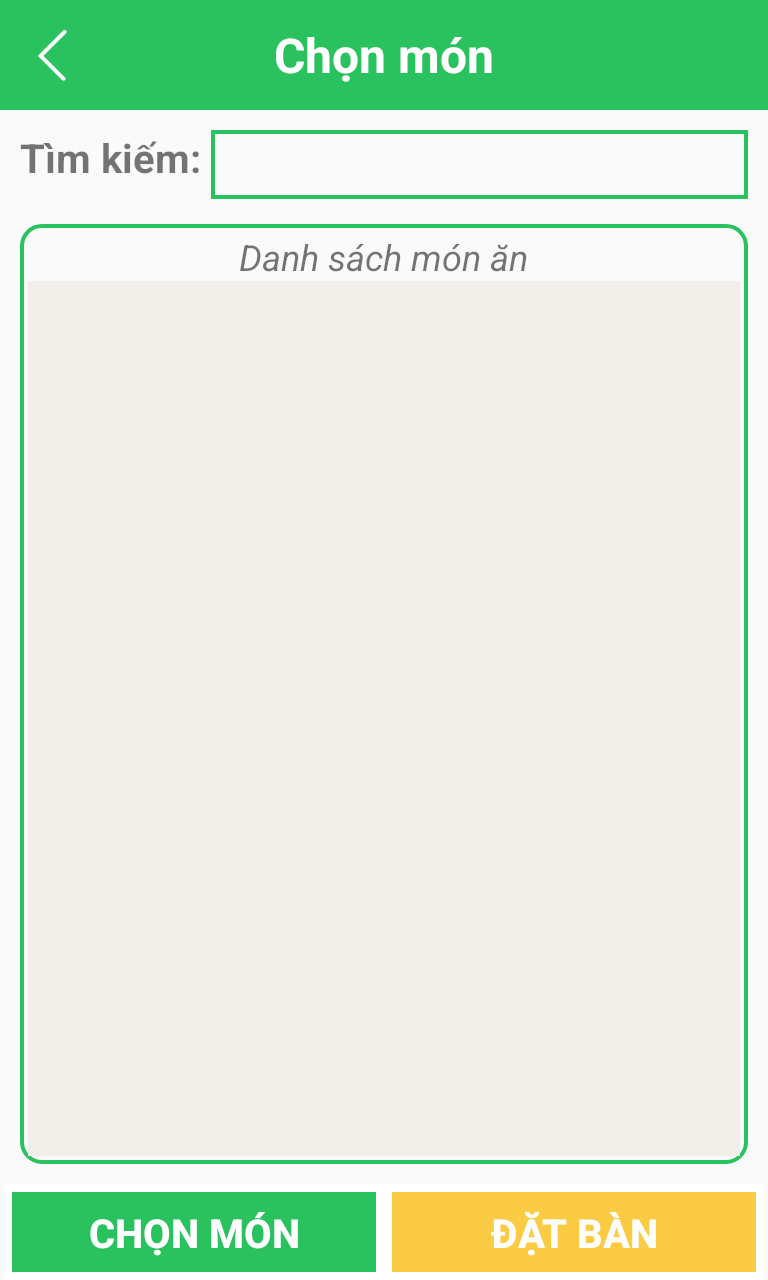
Repository: yenthanh132/Intelresment_AndroidClientApp
Layout: Intelresment/res/layout/activity_order.xml
An editor plug-in stored every save of this project. The layout is shown before and after the next save, followed by the edit.
It is drawn on a 768 x 1280 px phone screen (xhdpi) without system bars, with theme AppTheme; the app's code is not run. Lists and similar views that code fills are empty.

Above is the layout before, as saved 2014-12-27 07:53:45.

### Intelresment/res/layout/activity_order.xml
<?xml version="1.0" encoding="utf-8"?>
<RelativeLayout xmlns:android="http://schemas.android.com/apk/res/android"
    android:layout_width="match_parent"
    android:layout_height="match_parent" >

    <RelativeLayout
        android:id="@+id/header"
        android:layout_width="match_parent"
        android:layout_height="wrap_content"
        android:background="#2AC25F"
        android:padding="10dp" >

        <ImageButton
            android:id="@+id/btnBack"
            android:layout_width="35dp"
            android:layout_height="35dp"
            android:background="@drawable/transparent_button"
            android:scaleType="fitXY"
            android:src="@drawable/back" />

        <TextView
            android:id="@+id/tvLabel1"
            android:layout_width="wrap_content"
            android:layout_height="wrap_content"
            android:layout_centerInParent="true"
            android:text="Chọn món"
            android:textColor="#fff"
            android:textSize="24sp"
            android:textStyle="bold" />
    </RelativeLayout>

    <RelativeLayout
        android:id="@+id/panelDetail"
        android:layout_width="match_parent"
        android:layout_height="wrap_content"
        android:layout_above="@+id/panelButton"
        android:layout_below="@+id/header"
        android:padding="10dp" >

        <TextView
            android:id="@+id/tvLabel2"
            android:layout_width="wrap_content"
            android:layout_height="wrap_content"
            android:text="Tìm kiếm: "
            android:textSize="20sp"
            android:textStyle="bold" />

        <EditText
            android:id="@+id/txtabc"
            android:layout_width="match_parent"
            android:layout_height="wrap_content"
            android:layout_toRightOf="@+id/tvLabel2"
            android:background="@drawable/edittext_border" />

        <RelativeLayout
            android:id="@+id/panelFood"
            android:layout_width="match_parent"
            android:layout_height="wrap_content"
            android:layout_below="@+id/tvLabel2"
            android:layout_marginTop="20dp"
            android:background="@drawable/oval_rectangle"
            android:padding="4dp" >

            <TextView
                android:id="@+id/tvLabel3"
                android:layout_width="wrap_content"
                android:layout_height="wrap_content"
                android:layout_centerHorizontal="true"
                android:text="Danh sách món ăn"
                android:textSize="18sp"
                android:textStyle="italic" />

            <GridView
                android:id="@+id/gvFood"
                android:layout_width="match_parent"
                android:layout_height="match_parent"
                android:layout_below="@+id/tvLabel3"
                android:background="#F2EEE9" >
            </GridView>
        </RelativeLayout>
    </RelativeLayout>

    <LinearLayout
        android:id="@+id/panelButton"
        android:layout_width="match_parent"
        android:layout_height="wrap_content"
        android:layout_alignParentBottom="true"
        android:paddingLeft="2dp"
        android:paddingRight="2dp"
        android:weightSum="2" >

        <Button
            android:id="@+id/btnChooseFood"
            android:layout_width="match_parent"
            android:layout_height="wrap_content"
            android:layout_weight="1"
            android:background="@drawable/green_button"
            android:padding="10dp"
            android:text="Chọn món"
            android:textColor="#fff"
            android:textSize="20sp"
            android:textStyle="bold" />

        <Button
            android:id="@+id/btnOrder"
            android:layout_width="match_parent"
            android:layout_height="wrap_content"
            android:layout_weight="1"
            android:background="@drawable/orange_button"
            android:padding="10dp"
            android:text="Đặt bàn"
            android:textColor="#fff"
            android:textSize="20sp"
            android:textStyle="bold" />
    </LinearLayout>

</RelativeLayout>

### Intelresment/res/drawable/transparent_button.xml
<?xml version="1.0" encoding="utf-8"?>
<selector xmlns:android="http://schemas.android.com/apk/res/android">

    <item android:state_pressed="true"><shape>
            <solid android:color="#0E9174" />
        </shape></item>
    <item><shape>
            <solid android:color="#00000000" />
        </shape></item>

</selector>

### Intelresment/res/drawable/edittext_border.xml
<?xml version="1.0" encoding="utf-8"?>
<selector xmlns:android="http://schemas.android.com/apk/res/android">

    <item android:drawable="@drawable/edittext_drawable" android:state_pressed="true"/>
    <!-- pressed -->
    <item android:drawable="@drawable/edittext_drawable" android:state_focused="true"/>
    <!-- focused -->
    <item android:drawable="@drawable/edittext_drawable"/>
    <!-- default -->

</selector>

### Intelresment/res/drawable/oval_rectangle.xml
<?xml version="1.0" encoding="utf-8"?>
<shape xmlns:android="http://schemas.android.com/apk/res/android" >

    <corners android:radius="10dp" />

    <stroke
        android:width="2dp"
        android:color="#2AC25F" />

</shape>

### Intelresment/res/drawable/green_button.xml
<?xml version="1.0" encoding="utf-8"?>
<selector xmlns:android="http://schemas.android.com/apk/res/android">

    <item android:state_pressed="true"><shape>
            <solid android:color="#0E9174" />

            <stroke android:width="4dp" android:color="#fff" />

            <padding android:bottom="10dp" android:left="10dp" android:right="10dp" android:top="10dp" />
        </shape></item>
    <item><shape>
            <solid android:color="#2AC25F" />

            <stroke android:width="4dp" android:color="#fff" />


        </shape></item>

</selector>

### Intelresment/res/drawable/orange_button.xml
<?xml version="1.0" encoding="utf-8"?>
<selector xmlns:android="http://schemas.android.com/apk/res/android">

    <item android:state_pressed="true"><shape>
            <solid android:color="#0E9174" />

            <stroke android:width="4dp" android:color="#fff" />

            <padding android:bottom="10dp" android:left="10dp" android:right="10dp" android:top="10dp" />
        </shape></item>
    <item><shape>
            <solid android:color="#FBCB43" />

            <stroke android:width="4dp" android:color="#fff" />


        </shape></item>

</selector>

### Intelresment/res/drawable/edittext_drawable.xml
<?xml version="1.0" encoding="utf-8"?>
<shape xmlns:android="http://schemas.android.com/apk/res/android"
    android:shape="rectangle" >

    <solid android:color="#00000000" />

    <stroke
        android:width="2dp"
        android:color="#2AC25F" />

    <padding
        android:bottom="5dp"
        android:left="5dp"
        android:right="5dp"
        android:top="5dp" />

</shape>

Loaded but not shown: Intelresment/res/values/styles.xml (common file); Intelresment/res/values-v11/styles.xml (common file); Intelresment/res/values-v14/styles.xml (common file)

After the next save:
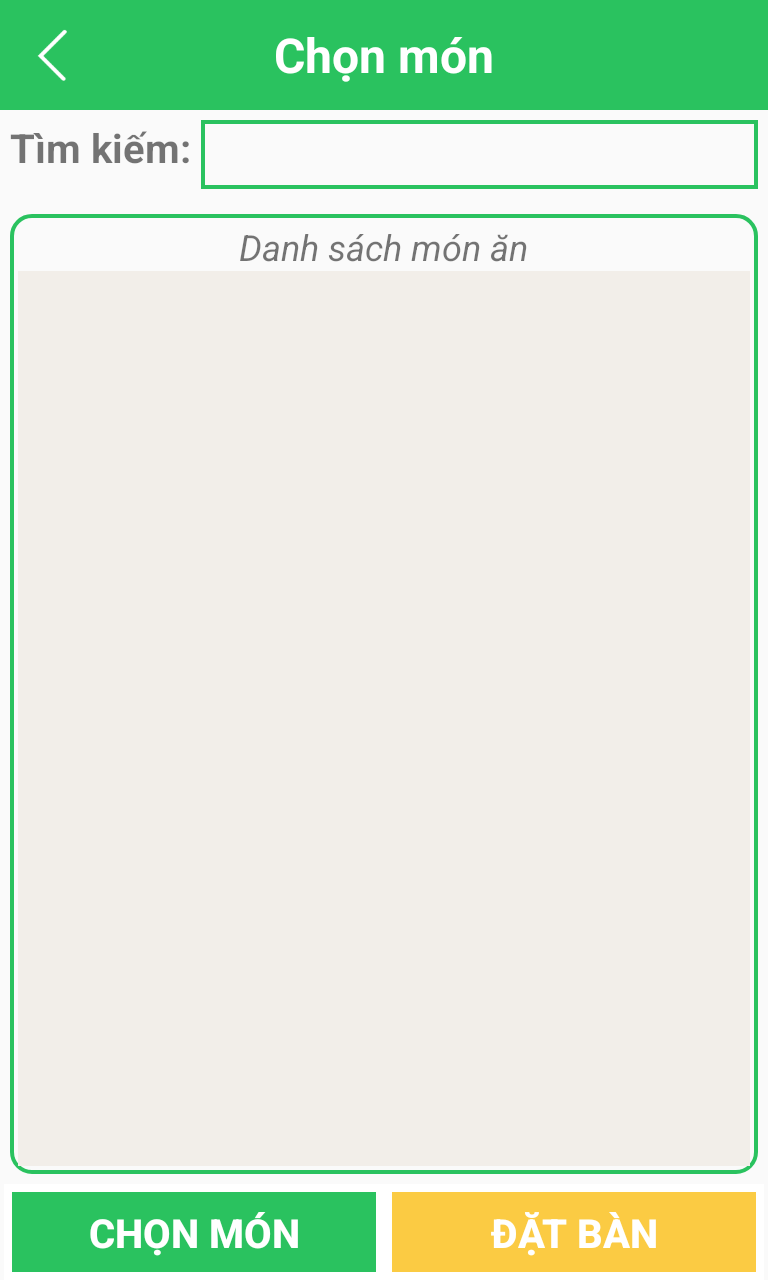
Saved 9 s later.
--- a/Intelresment/res/layout/activity_order.xml
+++ b/Intelresment/res/layout/activity_order.xml
@@ -35,7 +35,7 @@
         android:layout_height="wrap_content"
         android:layout_above="@+id/panelButton"
         android:layout_below="@+id/header"
-        android:padding="10dp" >
+        android:padding="5dp" >
 
         <TextView
             android:id="@+id/tvLabel2"
